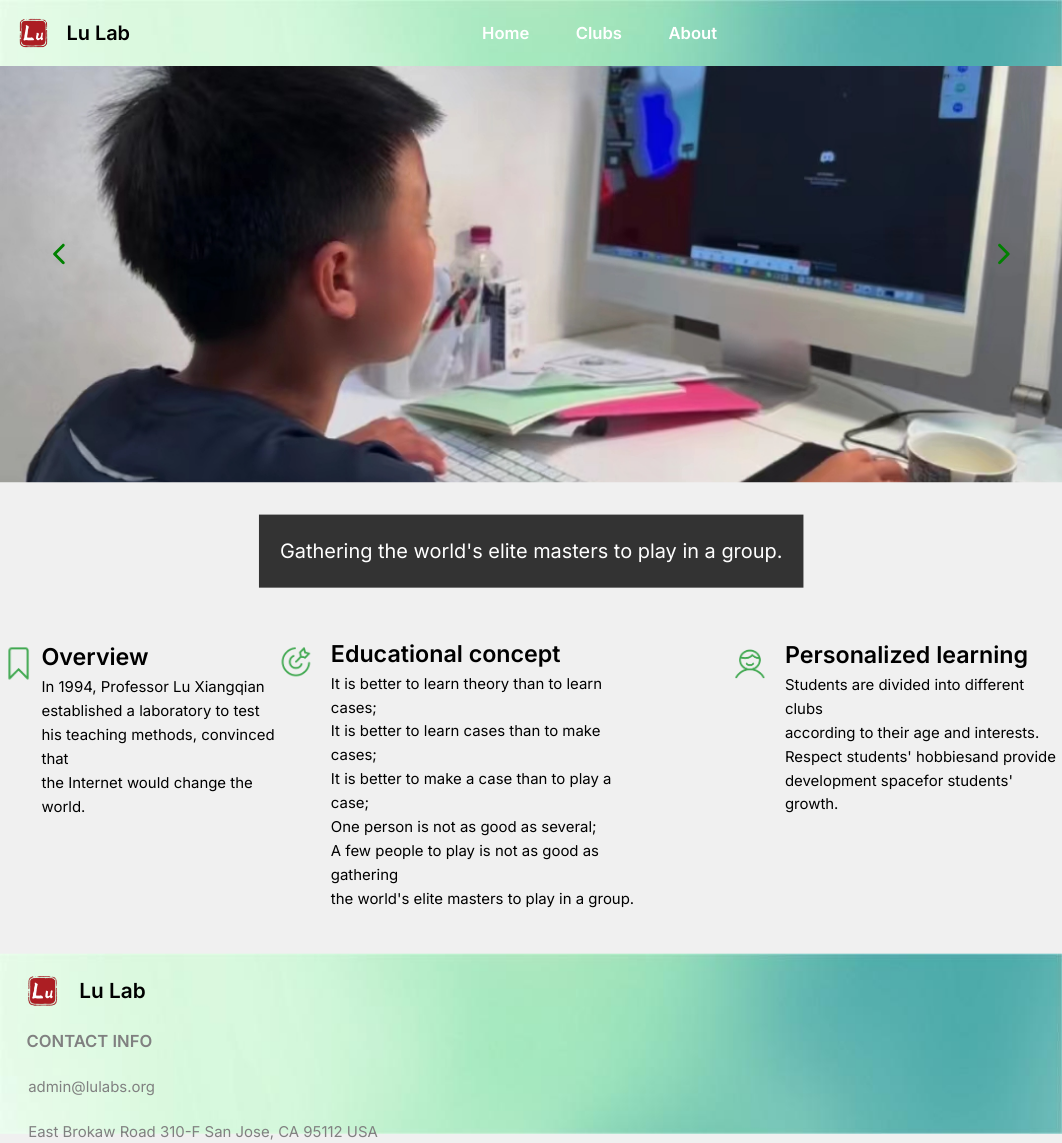
Repository: proflulab/lulab_website_next_js
Page: /
These files come from the project's save history. The page is drawn as it stood at one moment and after the next save; the edit follows.
The browser window is 1280 px wide. The pictures show the whole page, at 83% of full size.
The project was rebuilt for these pictures with package versions that can differ from the ones it lists, and the page was loaded fresh each time. The framework's server and built-in components were replaced by stand-ins that run in the browser. Also part of the build but not shown: next.config.js, next.config.mjs.

Above is the page before, as saved 2023-12-27 21:07:34.

### app/layout.tsx
import type { Metadata } from "next";
import { Inter } from "next/font/google";
import "./globals.css";

const inter = Inter({ subsets: ["latin"] });

export const metadata: Metadata = {
  title: "Lu Lab",
  description: "Lu Lab",
};

export default function RootLayout({
  children,
}: {
  children: React.ReactNode;
}) {
  return (
    <html lang="en">
      <body className={inter.className}>{children}</body>
    </html>
  );
}

### app/page.tsx
"use client";
import "./globals.css"; // 引入全局 CSS 文件

import React, { useState, useEffect, useRef } from "react";
import { FontAwesomeIcon } from "@fortawesome/react-fontawesome";
import {
  faChevronLeft,
  faChevronRight,
} from "@fortawesome/free-solid-svg-icons";
import Image from "next/image";

import Navbar from "./title/page";
import End from "./title/end";

// export default Navbar;

const Home: React.FC = () => {
  const [images, setImages] = useState<string[]>([]);
  const [currentImageIndex, setCurrentImageIndex] = useState<number>(0);

  useEffect(() => {
    const imageUrls = ["image3.jpg", "xueyuan.jpg", "image1.jpg"];
    setImages(imageUrls);
  }, []);

  useEffect(() => {
    const interval = setInterval(() => {
      setCurrentImageIndex((prevIndex) =>
        prevIndex === images.length - 1 ? 0 : prevIndex + 1
      );
    }, 5000);

    return () => clearInterval(interval);
  }, [images]);

  const showNextImage = () => {
    setCurrentImageIndex((prevIndex) =>
      prevIndex === images.length - 1 ? 0 : prevIndex + 1
    );
  };

  const showPreviousImage = () => {
    setCurrentImageIndex((prevIndex) =>
      prevIndex === 0 ? images.length - 1 : prevIndex - 1
    );
  };
  const [windowWidth, setWindowWidth] = useState<number>(0);

  const [isMobile, setIsMobile] = useState<boolean>(false);

  useEffect(() => {
    const handleResize = () => {
      const width = window.innerWidth;
      setIsMobile(width <= 768);
    };

    handleResize(); // 初始化时调用一次，设置初始的 isMobile 值

    window.addEventListener("resize", handleResize);

    return () => {
      window.removeEventListener("resize", handleResize);
    };
  }, []); // 空数组作为依赖，确保只在组件挂载时执行一次

  return (
    <>
      <Navbar />
      <div
        style={{
          display: "flex",
          flexDirection: "column",
          alignItems: "center",
        }}
      >
        <div
          style={{
            position: "relative",
            width: "100%",
            height: "85vh",
            maxWidth: "100%",
            maxHeight: "85vh",
          }}
        >
          {images.length > 0 && (
            // eslint-disable-next-line @next/next/no-img-element
            <img
              src={images[currentImageIndex]}
              alt={`Image ${currentImageIndex + 1}`}
              style={{
                width: "100%",
                height: "95%",
                objectFit: "cover",
                ...(isMobile
                  ? {
                      height: "75vh",
                      width: "100%",
                      objectFit: "cover",
                    }
                  : {}),
              }}
            />
          )}
          <div
            style={{
              position: "absolute",
              top: "50%",
              transform: "translateY(-50%)",
              left: "5%",
              right: "5%",
              display: "flex",
              justifyContent: "space-between",
            }}
          >
            <button
              onClick={showPreviousImage}
              style={{ color: "green", fontWeight: "bold", fontSize: "28px" }}
            >
              <FontAwesomeIcon icon={faChevronLeft} />
            </button>
            <button
              onClick={showNextImage}
              style={{ color: "green", fontWeight: "bold", fontSize: "28px" }}
            >
              <FontAwesomeIcon icon={faChevronRight} />
            </button>
          </div>
        </div>

        <div
          style={{
            position: "absolute",
            top: isMobile ? "400px" : "620px",
            justifyContent: "space-between",

            backgroundColor: "#333333",
            color: "#fff",
            padding: "25px",
            zIndex: 1,
            width: isMobile ? "80%" : "auto", // 根据屏幕大小更新宽度
          }}
        >
          <p style={{ fontSize: isMobile ? "20px" : "24px" }}>
            Gathering the world&apos;s elite masters to play in a group.
          </p>
        </div>

        <div
          style={{
            fontWeight: "bold",
            fontSize: "45px",
            color: "#000000",
            textAlign: "center",
            marginTop: "40px",
            marginBottom: "40px",
          }}
        >
          Welcome to Lu Lab
        </div>
        {isMobile && (
          <>
            <div
              style={{
                marginBottom: "20px",
                display: "flex",
                alignItems: "flex-start",
              }}
            >
              <Image
                src="/Overview.png"
                alt=""
                width={25}
                height={35}
                style={{ marginLeft: "-30px" }}
              />
              <div style={{ marginLeft: "15px" }}>
                <p
                  style={{
                    fontSize: "28px",
                    fontWeight: "600",
                    marginBottom: "5px",
                    marginTop: "-5px",
                  }}
                >
                  Overview
                </p>
                <p
                  style={{
                    fontSize: "18px",
                    fontWeight: "400",
                    lineHeight: "1.5",
                  }}
                >
                  In 1994, Professor Lu Xiangqian
                  <br /> established a laboratory to test
                  <br />
                  his teaching methods, convinced that
                  <br /> the Internet would change the world. <br />
                </p>
              </div>
            </div>

            <div
              style={{
                marginBottom: "20px",
                display: "flex",
                alignItems: "flex-start",
              }}
            >
              <Image
                src="/Edu.png"
                alt=""
                width={35}
                height={35}
                style={{ marginLeft: "35px" }}
              />
              <div style={{ marginLeft: "15px" }}>
                <p
                  style={{
                    fontSize: "28px",
                    fontWeight: "600",
                    marginBottom: "5px",
                    marginTop: "-5px",
                  }}
                >
                  Educational concept
                </p>
                <p
                  style={{
                    fontSize: "18px",
                    fontWeight: "400",
                    lineHeight: "1.5",
                  }}
                >
                  It is better to learn theory than to learn cases;
                  <br />
                  It is better to learn cases than to make cases;
                  <br />
                  It is better to make a case than to play a case;
                  <br />
                  One person is not as good as several;
                  <br />
                  A few people to play is not as good as gathering
                  <br />
                  the world&apos;s elite masters to play in a group.
                </p>
              </div>
            </div>

            <div
              style={{
                marginBottom: "20px",
                display: "flex",
                alignItems: "flex-start",
              }}
            >
              <Image
                src="/Person.png"
                alt=""
                width={35}
                height={35}
                style={{ marginLeft: "-15px" }}
              />
              <div style={{ marginLeft: "15px" }}>
                <p
                  style={{
                    fontSize: "28px",
                    fontWeight: "600",
                    marginBottom: "5px",
                    marginTop: "-5px",
                  }}
                >
                  Personalized learning
                </p>
                <p
                  style={{
                    fontSize: "18px",
                    fontWeight: "400",
                    lineHeight: "1.5",
                  }}
                >
                  Students are divided into different clubs
                  <br />
                  according to their age and interests.
                  <br />
                  Respect students&apos; hobbies and provide
                  <br />
                  development space for students&apos; growth.
                </p>
              </div>
            </div>
          </>
        )}

        {!isMobile && (
          <div
            style={{
              display: "flex",
              justifyContent: "left",
              marginTop: "20px",
            }}
          >
            <div style={{ flex: "1", marginLeft: "10px" }}>
              <Image src="/Overview.png" alt="" width={25} height={35} />
              <div style={{ marginLeft: "40px" }}>
                <p
                  style={{
                    color: "black",
                    fontSize: "28px",
                    fontWeight: "600",
                    marginTop: "-50px",
                    textAlign: "left",
                  }}
                >
                  Overview
                </p>
                <p
                  style={{
                    color: "black",
                    fontSize: "18px",
                    fontWeight: "400",
                    textAlign: "left",
                  }}
                >
                  In 1994, Professor Lu Xiangqian
                  <br /> established a laboratory to test
                  <br />
                  his teaching methods, convinced that
                  <br /> the Internet would change the world. <br />
                </p>
              </div>
            </div>
            <div style={{ flex: "1.3", marginRight: "90px" }}>
              {" "}
              {/* 将 Edu 部分的 flex 值调整为 1.5 */}
              <Image src="/Edu.png" alt="" width={35} height={35} />
              <div style={{ marginLeft: "60px" }}>
                <p
                  style={{
                    color: "black",
                    fontSize: "28px",
                    fontWeight: "600",
                    marginTop: "-50px",
                    textAlign: "left",
                  }}
                >
                  Educational concept
                </p>
                <p
                  style={{
                    color: "black",
                    fontSize: "18px",
                    fontWeight: "400",
                    textAlign: "left",
                  }}
                >
                  It is better to learn theory than to learn cases;
                  <br /> It is better to learn cases than to make cases;
                  <br /> It is better to make a case than to play a case;
                  <br /> One person is not as good as several;
                  <br /> A few people to play is not as good as gathering
                  <br /> the world&apos;s elite masters to play in a group.
                </p>
              </div>
            </div>
            <div style={{ flex: "1.2", marginLeft: "30px" }}>
              <Image src="/Person.png" alt="" width={35} height={35} />
              <div style={{ marginLeft: "60px" }}>
                <p
                  style={{
                    color: "black",
                    fontSize: "28px",
                    fontWeight: "600",
                    marginTop: "-50px",
                    textAlign: "left",
                  }}
                >
                  Personalized learning
                </p>
                <p
                  style={{
                    color: "black",
                    fontSize: "18px",
                    fontWeight: "400",
                    textAlign: "left",
                  }}
                >
                  Students are divided into different clubs
                  <br /> according to their age and interests.
                  <br /> Respect students&apos; hobbiesand provide
                  <br /> development spacefor students&apos; growth.
                </p>
              </div>
            </div>
          </div>
        )}

        <hr
          style={{
            marginBottom: "50px",
          }}
        />
        <End />
      </div>
    </>
  );
};

export default Home;

### app/globals.css
@tailwind base;
@tailwind components;
@tailwind utilities;
/* 全局样式 */
body {
  font-family: Arial, sans-serif;
  margin: 0;
  padding: 0;
  background-color: #f0f0f0;
  color: #333;
}

h1 {
  font-size: 2em;
  margin-bottom: 20px;
}

p {
  font-size: 16px;
  line-height: 1.5;
}

/* 媒体查询 */
/* 在小屏幕上应用的样式 */
/* globals.css 或者其他全局CSS文件 */
/* 在文件中添加媒体查询样式 */

/* 较小屏幕尺寸下调整内容位置 */
@media (max-width: 768px) {
  .additional-content {
    top: 550px; /* 调整顶部位置 */
    padding: 15px; /* 调整内边距 */
  }
}

/* 更小屏幕尺寸下调整内容位置 */
@media (max-width: 480px) {
  .additional-content {
    top: 500px; /* 更进一步调整顶部位置 */
    padding: 10px; /* 更进一步调整内边距 */
  }
}

/* 更多媒体查询和样式 */

@media (max-width: 768px) {
  body {
    font-size: 14px;
  }

  h1 {
    font-size: 1.5em;
    margin-bottom: 15px;
  }

  p {
    font-size: 14px;
    line-height: 1.4;
  }
}

/* 在更小的屏幕上应用的样式 */
@media (max-width: 480px) {
  body {
    font-size: 12px;
  }

  h1 {
    font-size: 1.2em;
    margin-bottom: 10px;
  }

  p {
    font-size: 12px;
    line-height: 1.3;
  }
}

/* 在大屏幕上应用的样式 */
@media (min-width: 1200px) {
  body {
    font-size: 18px;
  }

  h1 {
    font-size: 2.5em;
    margin-bottom: 25px;
  }

  p {
    font-size: 18px;
    line-height: 1.6;
  }
}

/* 更多自定义样式和媒体查询可以按需添加 */

### app/title/end.tsx
"use client";
import Link from "next/link";
import { useState, useEffect, useRef } from "react";
import Image from "next/image";
const End: React.FC = () => {
  return (
    <div style={{ position: "relative" }}>
      <Image src="/title.jpg" alt="" height="230" width="1700" />
      <div
        style={{
          position: "absolute",
          top: "20px",
          left: "2%",
          display: "flex",
          alignItems: "center",
        }}
      >
        <Image src="/logo.png" alt="" height="50" width="50" />
        <p
          style={{
            color: "black",
            fontSize: "25px",
            fontWeight: "600",
            marginLeft: "20px",
          }}
        >
          Lu Lab
        </p>
      </div>
      <div
        style={{
          position: "absolute",
          top: "90px",
          left: "2.5%",
          textAlign: "left",
        }}
      >
        <div
          style={{
            color: "grey",
            fontSize: "20px",
            fontWeight: "600",
          }}
        >
          CONTACT INFO
        </div>
        <div
          style={{
            color: "grey",
            fontSize: "18px",
            fontWeight: "400",
            marginLeft: "2px",
            textAlign: "left",
          }}
        >
          <br />
          admin@lulabs.org
          <br />
          <br />
          East Brokaw Road 310-F San Jose, CA 95112 USA <br />
        </div>
      </div>
    </div>
  );
};
export default End;

Loaded but not shown: tailwind.config.ts (common file); app/title/page.tsx (272 lines, source omitted)

After the next save:
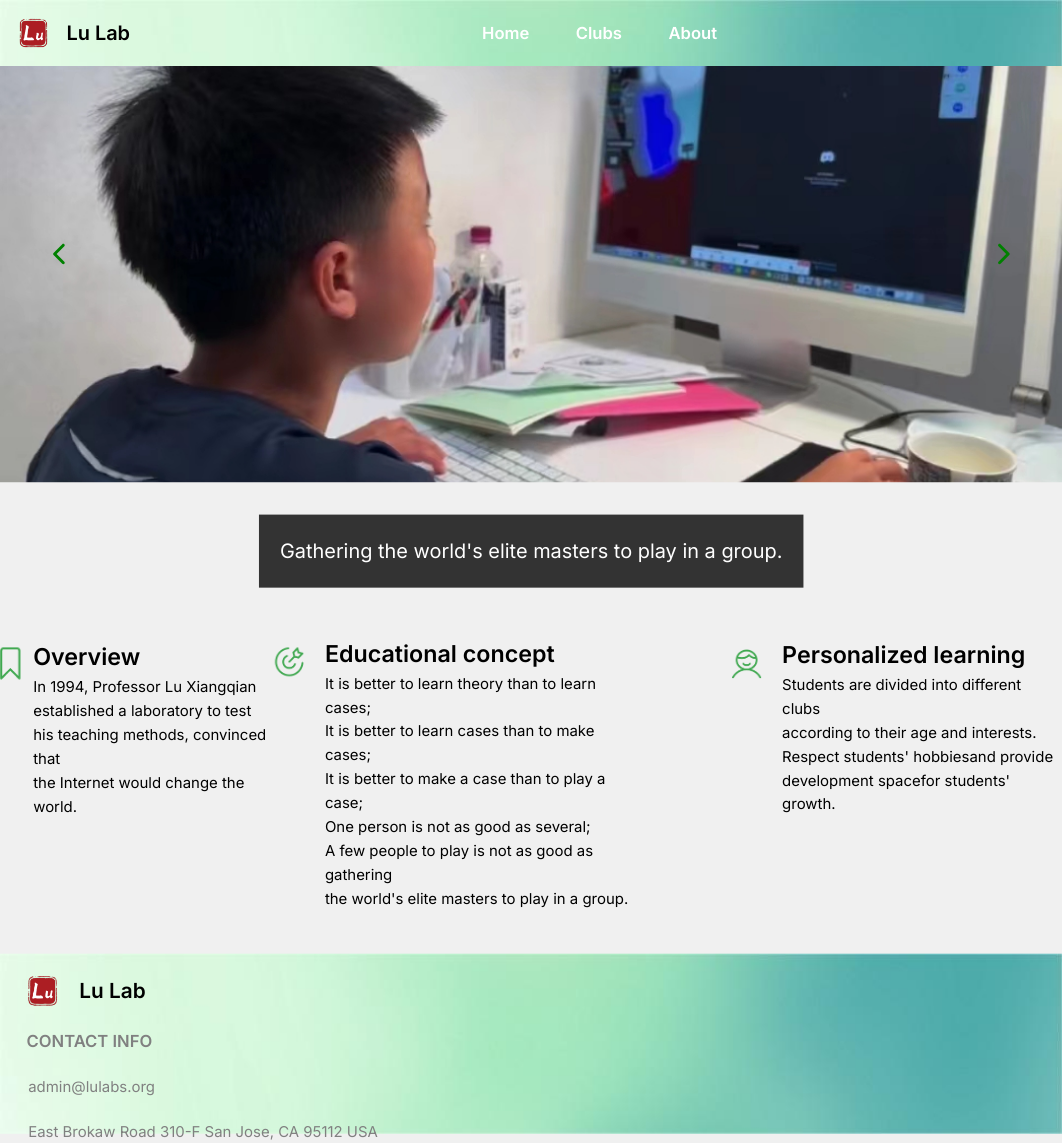
Saved 5 s later.
--- a/app/page.tsx
+++ b/app/page.tsx
@@ -300,7 +300,7 @@ const Home: React.FC = () => {
               marginTop: "20px",
             }}
           >
-            <div style={{ flex: "1", marginLeft: "10px" }}>
+            <div style={{ flex: "1", marginLeft: "0px" }}>
               <Image src="/Overview.png" alt="" width={25} height={35} />
               <div style={{ marginLeft: "40px" }}>
                 <p
